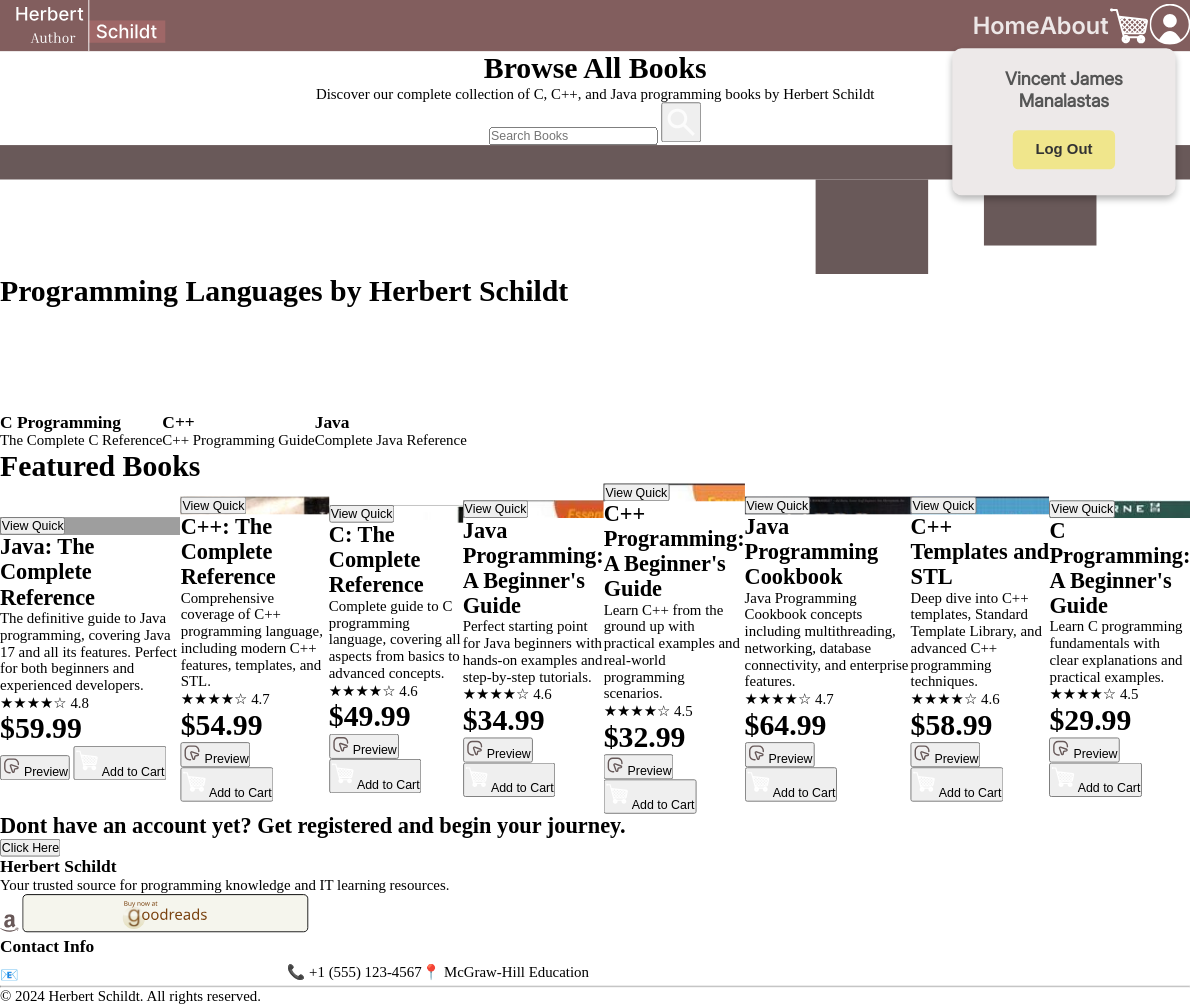
Repository: Darkrepo23/Author-Website-
Page: browse-book.html
An editor plug-in stored every save of this project. The page is shown before and after the next save, followed by the edit.
The browser window is 1280 px wide. The pictures show the whole page, at 93% of full size.
Pictures or frames that could not be fetched are drawn as grey boxes.

Above is the page before, as saved 2025-09-02 15:21:01.

### browse-book.html
<html lang="en">

<head>
    <meta charset="UTF-8">
    <meta name="viewport" content="width=device-width, initial-scale=1.0">
    <link rel="stylesheet" href="style/browse-book.css">
    <link rel="stylesheet" href="style/nav.css">
    <link rel="stylesheet" href="style/modal/modal.css">
    <title>Document</title>
</head>

<body>
    <div class="container">

        <div class="header">
            <div class="logo">
                <img src="img/logo-white.svg" alt="">
            </div>
            <div class="nav">
                <ul>
                    <li><a href="index.html">Home</a></li>
                    <li><a href="">About</a></li>
                    <li onclick="toggleCart()"><img src="img/cart.svg" alt="" style="height: 44px;"></li>
                    <li><a href="pages/login.html"><img src="img/user-logo.svg" alt="" style="height: 44px;"></a>
                    <div class="login-container">
  <div class="login-username">Vincent James Manalastas</div>
  <button class="login-button">Log Out</button>
</div></li>
                </ul>
            </div>
        </div>

        <div class="browse">
            <div class="browse-info">
                <h1>Browse All Books</h1>
                <p>Discover our complete collection of C, C++, and Java programming books by Herbert Schildt</p>
            </div>
            <div class="browse-search">
                <input type="text" placeholder="Search Books" id="">
                <button><img src="img/search.svg" alt=""></button>
            </div>
        </div>

        <div class="line-1">
            <img src="img/b-hr-1.svg" alt="" style="width: 100%;">
        </div>


        <div class="categories" id="categories">
            <div class="c-head">
                <h1>Programming Languages by Herbert Schildt</h1>
            </div>
            <ul>
                <li>
                    <img src="img/code-icon.svg" alt="">
                    <h3 id="c-title">C Programming</h3>
                    <p>The Complete C Reference</p>
                </li>
                <li>
                    <img src="img/code-icon.svg" alt="">
                    <h3 id="c-title">C++</h3>
                    <p>C++ Programming Guide</p>
                </li>
                <li>
                    <img src="img/java-icon.svg" alt="">
                    <h3 id="c-title">Java</h3>
                    <p>Complete Java Reference</p>
                </li>
            </ul>
        </div>

        <div class="featured-books" id="featured-books">
            <h1>Featured Books</h1>
            <ul class="books-card" id="booksList">
                <!-- <li>
                    <div class="img-book">
                        <button>View Quick</button>
                    </div>
                    <div class="book-info">
                        <h2>Java: The Complete Reference</h2>
                        <p>The definitive guide to Java programming, covering Java 17 and all its features. </p>
                        <div class="book-r-p">
                            <p>★★★★☆4.8</p>
                            <h1>$59.99</h1>
                        </div>
                        <div class="btn-books">
                            <button><img src="img/preview-ico.svg" alt=""> Preview</button>
                            <button id="addToCart"><img src="img/cart.svg" alt="" style="height: 1.9em; margin-bottom: 0.3rem;"> Add to
                                Cart</button>
                        </div>
                    </div>
                </li> -->
            </ul>
        </div>

        <div class="banner-post">
            <div class="banner" id="NoAcc">
                <h2>Dont have an account yet? Get registered and begin your journey.</h2>
                <button onclick="location.href='pages/login.html'">Click Here</button>
            </div>
        </div>


        <div class="footer">
            <div class="footer-content">
                <!-- Left section -->
                <div class="footer-left">
                    <h3>Herbert Schildt</h3>
                    <p>Your trusted source for programming knowledge and IT learning resources.</p>

                    <div class="social-icons">
                        <a href="#"><img src="img/amazon.svg" alt="Amazon"></a>
                        <a href="#"><img src="img/goodreads.svg" alt="Goodreads"></a>
                    </div>
                </div>

                <!-- Right section -->
                <div class="footer-right">
                    <h3>Contact Info</h3>
                    <ul>
                        <li><span>📧</span> <a href="mailto:Herb@herbschildt.com">Herb@herbschildt.com</a></li>
                        <li><span>📞</span> +1 (555) 123-4567</li>
                        <li><span>📍</span> McGraw-Hill Education</li>
                    </ul>
                </div>
            </div>
            <div class="cart-notification" id="cartNotification"></div>
            <div class="modal-overlay">
                <div class="modal">
                    <div class="modal-content">

                        <!-- Book Cover -->
                        <div class="book-image">
                            <img src="img/books/Java Complete.jpg" alt="Java: The Complete Reference">
                        </div>

                        <!-- Book Info -->
                        <div class="book-details">
                            <h2>Java: The Complete Reference</h2>
                            <p class="price">$54.99</p>
                            <p class="rating">⭐ ⭐ ⭐ ⭐ ⭐ 4.7/5</p>

                            <p class="description">
                                Comprehensive coverage of C++ programming language, including modern
                                C++ features, templates, and STL.
                            </p>

                            <div class="meta">
                                <p><strong>Year:</strong> 2021</p>
                                <p><strong>Pages:</strong> 1248</p>
                                <p><strong>ISBN:</strong> 978-1260454468</p>
                                <p><strong>Category:</strong> JAVA</p>
                            </div>

                            <!-- Action Buttons -->
                            <div class="actions">
                                <button class="preview">👁 Preview</button>
                                <button class="add-cart">🛒 Add to cart</button>
                            </div>
                        </div>
                    </div>
                </div>
            </div>



            <hr>
            <div class="footer-bottom">
                <p>© 2024 Herbert Schildt. All rights reserved.</p>
            </div>
        </div>

        <!-- Sidebar -->
        <div class="cart-sidebar" id="cartSidebar">
            <div class="cart-header">
                Book Cart
                <img src="img/close.svg" alt="" style="height: 20px;" onclick="toggleCart()">
            </div>
            <!--
            <div class="cart-items">
                <div class="cart-item">
                    <img src="https://via.placeholder.com/70x100" alt="Book">
                    <div class="cart-item-info">
                        <h4>Java: The Complete Reference</h4>
                        <p>$54.99</p>
                        <button class="remove-btn">Remove</button>
                    </div>
                </div>

                <div class="cart-item">
                    <img src="https://via.placeholder.com/70x100" alt="Book">
                    <div class="cart-item-info">
                        <h4>Java: The Complete Reference</h4>
                        <p>$54.99</p>
                        <button class="remove-btn">Remove</button>
                    </div>
                </div>
            </div> -->

            <div class="cart-footer">
                <div class="cart-total">
                    <span>Total</span>
                    <span>$109.98</span>
                </div>
                <button class="checkout-btn" onclick="location.href='cart.html'">Checkout</button>
            </div>
        </div>

        <script>
            // Clear old cart
            // localStorage.removeItem('bookCart');

            const categoryMap = {
                "c programming": "c",
                "c++": "cpp",
                "java": "java"
            };

            const categoryItems = document.querySelectorAll(".categories ul li");

            categoryItems.forEach(cat => {
                cat.addEventListener("click", () => {
                    const catText = cat.querySelector("h3").innerText.toLowerCase(); // e.g. "c programming"
                    const category = categoryMap[catText];
                    if (category) sortBooks(category);
                });
            });

            function sortBooks(category) {
                const booksList = document.getElementById("booksList");
                const books = Array.from(booksList.querySelectorAll("li"));

                books.sort((a, b) => {
                    const aCat = a.getAttribute("data-category");
                    const bCat = b.getAttribute("data-category");

                    if (aCat === category && bCat !== category) return -1;
                    if (aCat !== category && bCat === category) return 1;
                    return 0;
                });

                books.forEach(book => booksList.appendChild(book));
            }




            function toggleCart() {
                document.getElementById('cartSidebar').classList.toggle('open');
            }

            async function viewBook(button) {
                const bookItem = button.closest("li");
                const bookTitle = bookItem.querySelector(".bookTitle").innerText.trim();

                try {
                    const response = await fetch("all-books.json");
                    const books = await response.json();

                    const book = books.find(b => b.title.trim() === bookTitle);
                    if (!book) return alert("Book not found!");

                    const modalOverlay = document.querySelector(".modal-overlay");
                    const modal = modalOverlay.querySelector(".modal");

                    modal.querySelector(".book-image img").src = book.image;
                    modal.querySelector(".book-image img").alt = book.title;
                    modal.querySelector(".book-details h2").innerText = book.title;
                    modal.querySelector(".book-details .price").innerText = `$${book.price}`;
                    modal.querySelector(".book-details .rating").innerText = `⭐ ⭐ ⭐ ⭐ ⭐ ${book.rating}/5`;
                    modal.querySelector(".book-details .description").innerText = book.description;

                    const meta = modal.querySelector(".book-details .meta");
                    meta.innerHTML = `
            <p><strong>Year:</strong> ${book.year}</p>
            <p><strong>Pages:</strong> ${book.pages}</p>
            <p><strong>ISBN:</strong> ${book.isbn}</p>
            <p><strong>Category:</strong> ${book.category.toUpperCase()}</p>
        `;

                    modalOverlay.style.display = "flex";

                } catch (error) {
                    console.error("Error fetching book data:", error);
                }
            }

            function addToCart(button) {
                const bookItem = button.closest("li");
                const title = bookItem.querySelector(".bookTitle").innerText.trim();
                const priceText = bookItem.querySelector(".pricetag").innerText.trim();
                const price = parseFloat(priceText.replace("$", ""));
                const image = bookItem.querySelector(".img-book img")?.src || "img/books/placeholder.jpg";

                // Get current cart
                let cart = JSON.parse(localStorage.getItem("bookCart")) || [];

                // Check if book already in cart
                const existing = cart.find(item => item.title === title);
                if (existing) {
                    alert("This book is already in your cart!");
                    return;
                }

                // Add book to cart
                cart.push({ title, price, image });
                localStorage.setItem("bookCart", JSON.stringify(cart));

                // Show notification
                showCartNotification(title);

                // Re-render cart
                renderCart();
            }

            // Function to show cart notification
            function showCartNotification(title) {
                const notification = document.getElementById("cartNotification");
                notification.innerText = `"${title}" added to cart!`;
                notification.classList.add("show");

                // Hide after 2 seconds
                setTimeout(() => {
                    notification.classList.remove("show");
                }, 2000);
            }

            async function renderCart() {
                const cartItemsContainer = document.querySelector(".cart-items");
                if (!cartItemsContainer) {
                    const div = document.createElement("div");
                    div.className = "cart-items";
                    document.getElementById("cartSidebar").insertBefore(div, document.querySelector(".cart-footer"));
                }

                const cart = JSON.parse(localStorage.getItem("bookCart")) || [];
                const cartContainer = document.querySelector(".cart-items");
                cartContainer.innerHTML = "";

                let total = 0;

                try {
                    const response = await fetch("all-books.json");
                    const booksData = await response.json();

                    cart.forEach((item, index) => {
                        total += item.price;

                        // Find the book in JSON to get the correct image
                        const bookData = booksData.find(b => b.title === item.title);

                        if (!bookData) {
                            console.warn(`Book not found in JSON: "${item.title}"`);
                            return; // skip this cart item if not found
                        }

                        const image = bookData.image; // get image from JSON

                        console.log(`Cart item: ${item.title}, Image used: ${image}`);

                        const cartItem = document.createElement("div");
                        cartItem.className = "cart-item";
                        cartItem.innerHTML = `
                <img src="${image}" alt="Book">
                <div class="cart-item-info">
                    <h4>${item.title}</h4>
                    <p>$${item.price.toFixed(2)}</p>
                    <button class="remove-btn" onclick="removeFromCart(${index})">Remove</button>
                </div>
            `;
                        cartContainer.appendChild(cartItem);
                    });

                    // Update total
                    document.querySelector(".cart-total span:last-child").innerText = `$${total.toFixed(2)}`;

                } catch (err) {
                    console.error("Error fetching all-books.json:", err);
                }
            }


            // Remove item from cart
            function removeFromCart(index) {
                let cart = JSON.parse(localStorage.getItem("bookCart")) || [];
                cart.splice(index, 1);
                localStorage.setItem("bookCart", JSON.stringify(cart));
                renderCart();
            }

            // Initialize cart on page load
            document.addEventListener("DOMContentLoaded", () => {
                renderCart();
            });

            // Optional: close modal by clicking overlay
            document.querySelector(".modal-overlay").onclick = function (e) {
                if (e.target === this) this.style.display = "none";
            }

            // Fetch books from JSON
            fetch("all-books.json")
                .then(response => response.json())
                .then(data => {
                    const booksList = document.getElementById("booksList");

                    data.forEach(book => {
                        const li = document.createElement("li");

                        li.innerHTML = `
    <div class="img-book" style="background-image: url('${book.image}');">
        <button class='view-btn' onclick="viewBook(this)">View Quick</button>
    </div>
    <div class="book-info">
        <h2 class="bookTitle">${book.title}</h2>
        <p>${book.description}</p>
        <div class="book-r-p">
            <p>★★★★☆ ${book.rating}</p>
            <h1 class='pricetag'>$${book.price}</h1>
        </div>
        <div class="btn-books">
            <button><img src="img/preview-ico.svg" alt=""> Preview</button>
            <button class='addToCartBtn' onclick="addToCart(this)">
                <img src="img/cart.svg" alt="" style="height: 1.9em; margin-bottom: 0.3rem;">
                Add to Cart
            </button>
        </div>
    </div>
`;
                        li.setAttribute("data-category", book.category); // <-- important


                        booksList.appendChild(li);
                    });
                })
                .catch(error => console.error("Error loading books:", error));


            let cart = JSON.parse(localStorage.getItem("bookCart")) || [];
            console.log("Current bookCart:", cart);

        </script>

    </div>
</body>

</html>

### style/browse-book.css
.browse {
    display: flex;
    flex-direction: column;
    text-align: center;
}

Loaded but not shown: all-books.json (123 lines, source omitted); style/modal/modal.css (309 lines, source omitted); style/nav.css (77 lines, source omitted)

After the next save:
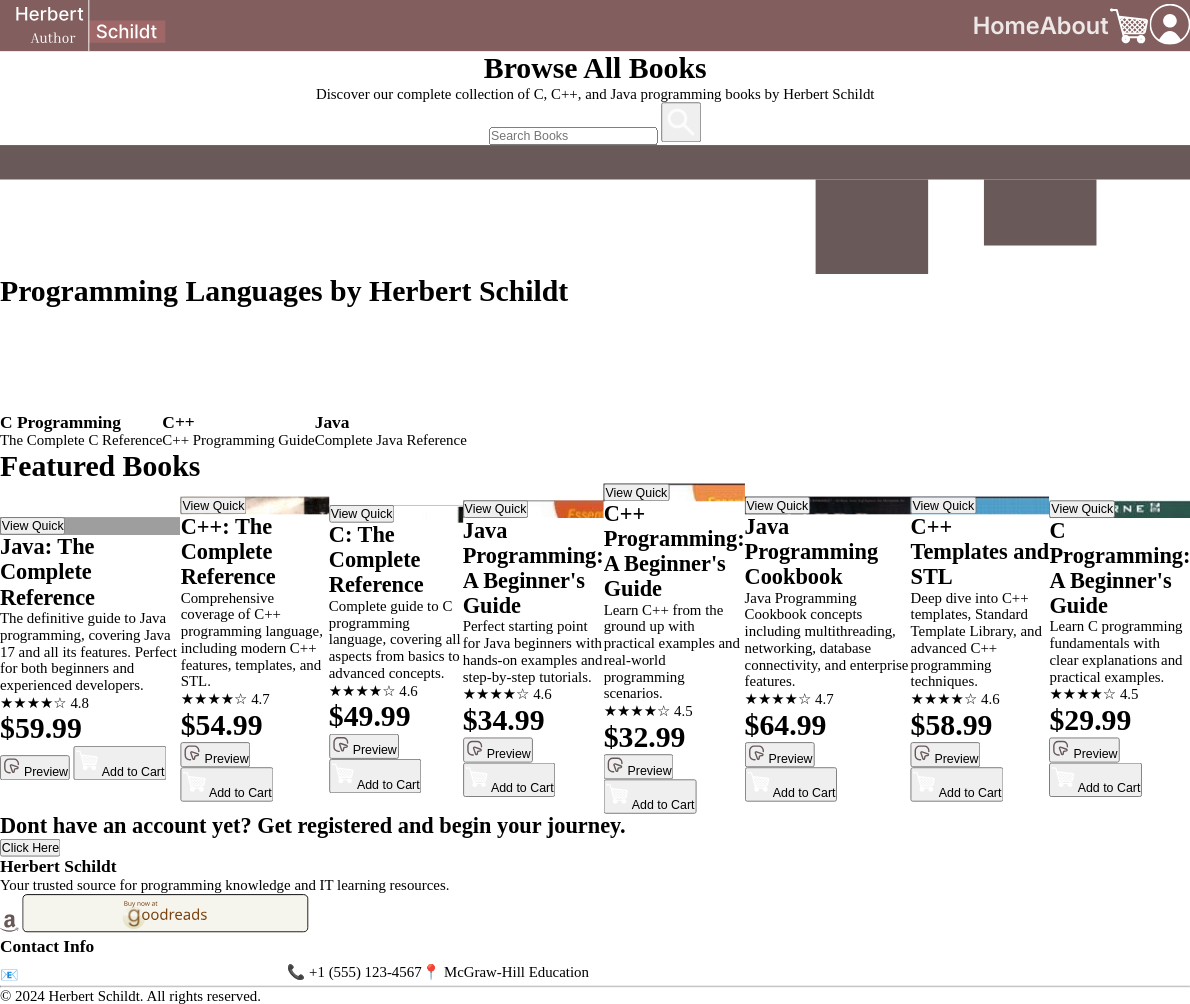
Saved 49 s later.
--- a/browse-book.html
+++ b/browse-book.html
@@ -22,10 +22,8 @@
                     <li><a href="">About</a></li>
                     <li onclick="toggleCart()"><img src="img/cart.svg" alt="" style="height: 44px;"></li>
                     <li><a href="pages/login.html"><img src="img/user-logo.svg" alt="" style="height: 44px;"></a>
-                    <div class="login-container">
-  <div class="login-username">Vincent James Manalastas</div>
-  <button class="login-button">Log Out</button>
-</div></li>
+
+                    </li>
                 </ul>
             </div>
         </div>

After the 2 saves that followed:
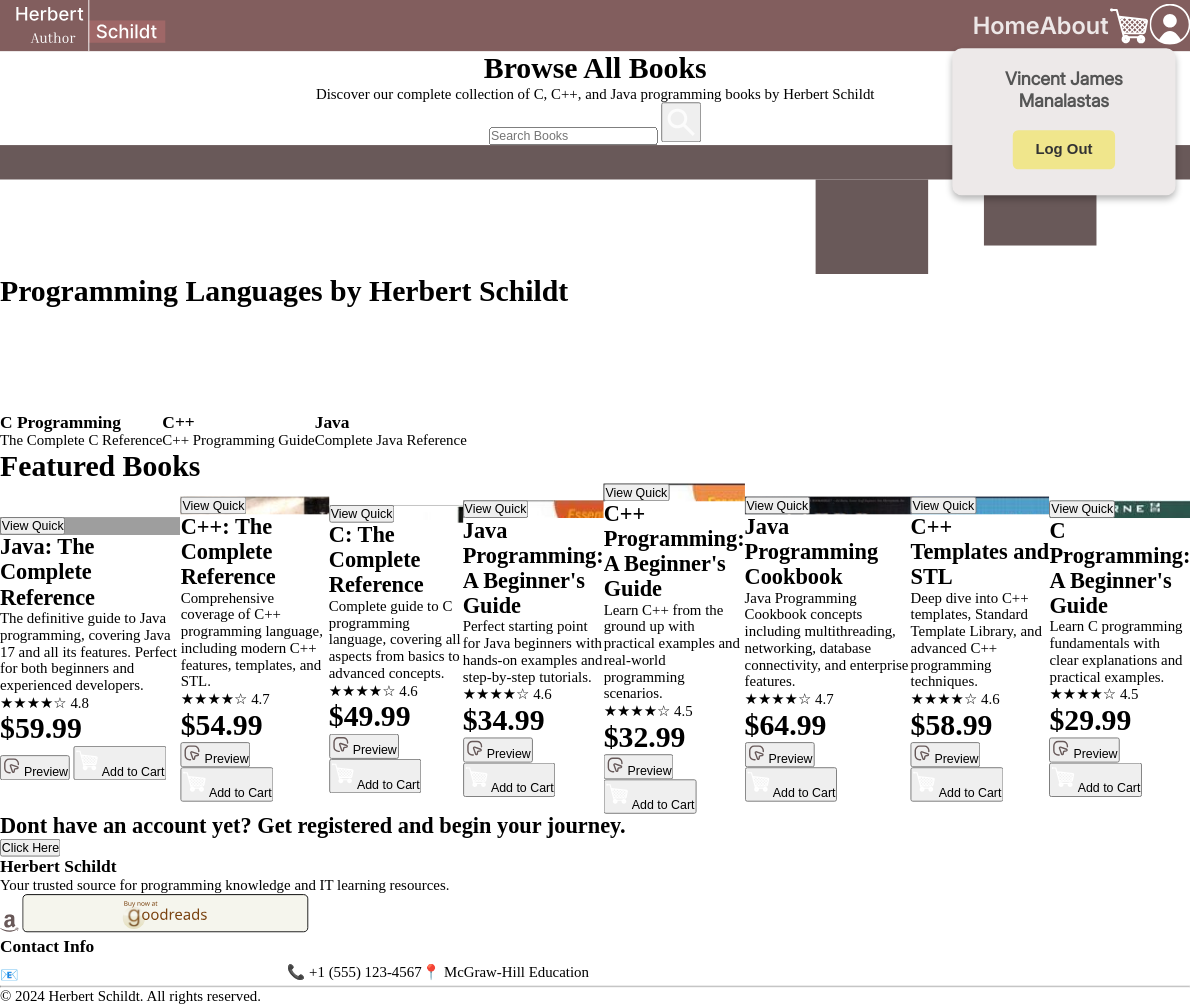
The 2 saves are shown as one change because 1 left the picture as it was.
The last was saved 26 s later.
--- a/browse-book.html
+++ b/browse-book.html
@@ -22,12 +22,14 @@
                     <li><a href="">About</a></li>
                     <li onclick="toggleCart()"><img src="img/cart.svg" alt="" style="height: 44px;"></li>
                     <li><a href="pages/login.html"><img src="img/user-logo.svg" alt="" style="height: 44px;"></a>
-
                     </li>
                 </ul>
-            </div>
-        </div>
-
+                <div class="login-container">
+                    <div class="login-username">Vincent James Manalastas</div>
+                    <button class="login-button">Log Out</button>
+                </div>
+            </div>
+        </div>
         <div class="browse">
             <div class="browse-info">
                 <h1>Browse All Books</h1>
